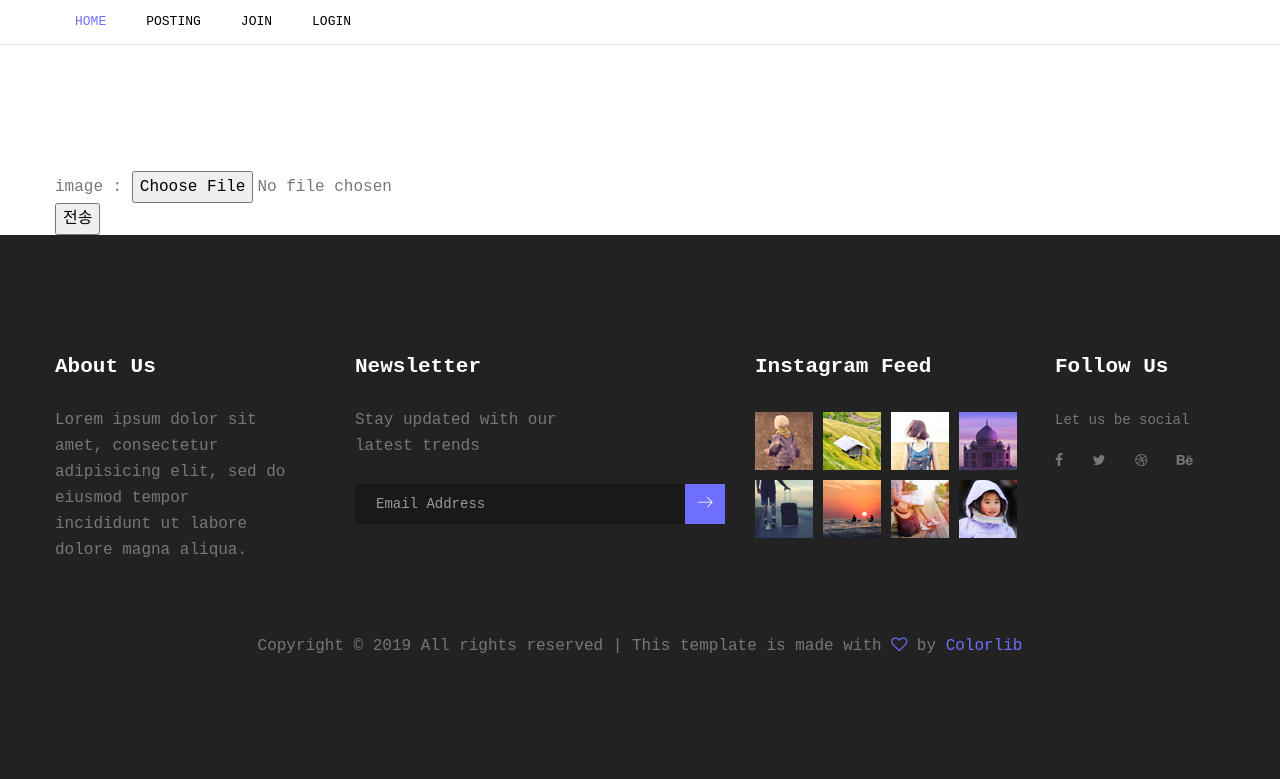
Repository: cwj2306/blog_project_2
Page: http://localhost/blog/user/userProfileForm.jsp
An editor plug-in stored every save of this project. The page is shown before and after the next save, followed by the edit.
The browser window is 1280 px wide. The pictures show the whole page.
Some web fonts or font styles are not loaded; a fallback is used. The page is served by Tomcat 9. Other server files are loaded and not shown.

Above is the page before, as saved 2019-11-12 03:24:18.

### blog/WebContent/user/userProfileForm.jsp
<%@ page language="java" contentType="text/html; charset=UTF-8" pageEncoding="UTF-8"%>
<%@ include file="/include/nav.jsp"%>

<section class="contact_area">
	<div class="container">
		<div class="row">
			<div class="col-lg-12">
				<!--
				<form class="row contact_form" action="/blog/user?cmd=update" method="post" onsubmit="return validateCheck()">
					<input type="hidden" name="id" value="${sessionScope.user.id}">

					<div class="col-md-12">
						<div class="form-group">
							<input type="text" class="form-control" value="${sessionScope.user.username}" name="username" placeholder="아이디" readonly="readonly">
						</div>
					</div>

					<div class="col-md-12">
						<div class="form-group">
							<input type="password" class="form-control" id="password" name="password" placeholder="비밀번호" required="required" maxlength="20">
						</div>
					</div>

					<div class="col-md-12">
						<div class="form-group">
							<input type="password" class="form-control" id="passwordCheck" name="passwordCheck" placeholder="비밀번호 확인" required="required" maxlength="20">
						</div>
					</div>

					<div class="col-md-12">
						<div class="form-group">
							<input type="email" class="form-control" value="${sessionScope.user.email}" name="email" placeholder="이메일" maxlength="40" readonly="readonly">
						</div>
					</div>

					<div class="col-md-12">
						<div class="form-group float-right">
							<a style="cursor:pointer;" class="blog_btn" href="#" onclick="goPopup()">주소 찾기</a>
						</div>
					</div>

					<div class="col-md-12">
						<div class="form-group">
							<input type="text" class="form-control" value="${sessionScope.user.address}"name="address" id="roadFullAddr" placeholder="도로명 주소" required="required" readonly="readonly">
						</div>
					</div>

					<div class="col-md-12 text-right">
						<button type="submit" value="submit" class="btn submit_btn">Save</button>
					</div>
					-->

				<div>
					<img id="img__wrap" />
				</div>

				<!-- enctype는 mime타입에서 찾아봐서 써주자 -->
				<form action="/blog/user?cmd=uploadProfileImg" method="POST" enctype="multipart/form-data">
					image : <input id="img__input" type="file" name="userProfile" /><br />
					<input type="submit" value="전송" />
				</form>

				<script src="/blog/js/jquery-3.2.1.min.js"></script>
				<script>
					$("#img__input").on("change", handleImgFile);

					function handleImgFile(e) {

						var f = e.target.files[0];

						if (f.type.match("image.*")) {
							var reader = new FileReader();

							reader.onload = function(e) {
								console.log(e.target.result);
								$("#img__wrap").attr("src", e.target.result);
							}

							reader.readAsDataURL(f);
						} else {
							alert("이미지 파일이 아닙니다.");
							$("#img__wrap").attr("src", "");
						}

					}
				</script>

				</form>

			</div>
		</div>
	</div>
</section>

<%@ include file="/include/footer.jsp"%>

### blog/WebContent/include/nav.jsp
<%@ page language="java" contentType="text/html; charset=UTF-8" pageEncoding="UTF-8"%>
<%@ taglib prefix="c" uri="http://java.sun.com/jsp/jstl/core" %>

<!doctype html>
<html lang="en">
    <head>
        <!-- Required meta tags -->
        <meta charset="utf-8">
        <meta name="viewport" content="width=device-width, initial-scale=1, shrink-to-fit=no">
        <link rel="icon" href="/blog/img/favicon.png" type="image/png">
        <title>Opium Blog</title>
        <!-- Bootstrap CSS -->
        <link rel="stylesheet" href="/blog/css/bootstrap.css">
        <link rel="stylesheet" href="/blog/vendors/linericon/style.css">
        <link rel="stylesheet" href="/blog/css/font-awesome.min.css">
        <link rel="stylesheet" href="/blog/vendors/owl-carousel/owl.carousel.min.css">
        <link rel="stylesheet" href="/blog/vendors/lightbox/simpleLightbox.css">
        <link rel="stylesheet" href="/blog/vendors/nice-select/css/nice-select.css">
        <link rel="stylesheet" href="/blog/vendors/animate-css/animate.css">
        <link rel="stylesheet" href="/blog/vendors/jquery-ui/jquery-ui.css">
        <!-- main css -->
        <link rel="stylesheet" href="/blog/css/style.css">
        <link rel="stylesheet" href="/blog/css/responsive.css">
    </head>
    <body>

        <!--================Header Menu Area =================-->
        <header class="header_area">
			<div class="main_menu">
				<nav class="navbar navbar-expand-lg navbar-light">
					<div class="container box_1620">
						<!-- Brand and toggle get grouped for better mobile display -->
						<a class="navbar-brand logo_h" href="#"><img src="/blog/img/logo.png" alt=""></a>
						<button class="navbar-toggler" type="button" data-toggle="collapse" data-target="#navbarSupportedContent" aria-controls="navbarSupportedContent" aria-expanded="false" aria-label="Toggle navigation">
							<span class="icon-bar"></span>
							<span class="icon-bar"></span>
							<span class="icon-bar"></span>
						</button>

						<!-- Collect the nav links, forms, and other content for toggling -->
						<div class="collapse navbar-collapse offset" id="navbarSupportedContent">
							<ul class="nav navbar-nav menu_nav">
								<li class="nav-item active"><a class="nav-link" href="/blog/index.jsp">Home</a></li>
								<li class="nav-item"><a class="nav-link" href="/blog/board/write.jsp">Posting</a></li>

								<c:choose>
									<c:when test="${empty sessionScope.user}">
										<li class="nav-item"><a class="nav-link" href="/blog/user/join.jsp">Join</a></li>
										<li class="nav-item"><a class="nav-link" href="/blog/user/login.jsp">Login</a></li>
									</c:when>
									<c:otherwise>
										<li class="nav-item"><a class="nav-link" href="/blog/user/update.jsp">Profile</a></li>
										<li class="nav-item"><a class="nav-link" href="/blog/user?cmd=logout">Logout</a></li>
									</c:otherwise>
								</c:choose>

							</ul>
							<ul class="nav navbar-nav navbar-right header_social ml-auto">
								<!--
								<li class="nav-item"><a href="#"><i class="fa fa-facebook"></i></a></li>
								<li class="nav-item"><a href="#"><i class="fa fa-twitter"></i></a></li>
								<li class="nav-item"><a href="#"><i class="fa fa-dribbble"></i></a></li>
								<li class="nav-item"><a href="#"><i class="fa fa-behance"></i></a></li>
								 -->
								 <c:if test="${not empty sessionScope.user}">
								 	<a href="/blog/user/userProfileForm.jsp"><img src = "${sessionScope.user.userProfile}" width="40px" height="40px" style="border-radius: 50%;"/></a>
								 </c:if>

							</ul>
						</div>
					</div>
				</nav>
			</div>
        </header>
        <!--================Header Menu Area =================-->

### blog/WebContent/include/footer.jsp
<%@ page language="java" contentType="text/html; charset=UTF-8" pageEncoding="UTF-8"%>
<!--================ start footer Area  =================-->
<footer class="footer-area p_120">
	<div class="container">
		<div class="row">
			<div class="col-lg-3  col-md-6 col-sm-6">
				<div class="single-footer-widget">
					<h6 class="footer_title">About Us</h6>
					<p>Lorem ipsum dolor sit amet, consectetur adipisicing elit, sed do eiusmod tempor incididunt ut labore dolore magna aliqua.</p>
				</div>
			</div>
			<div class="col-lg-4 col-md-6 col-sm-6">
				<div class="single-footer-widget">
					<h6 class="footer_title">Newsletter</h6>
					<p>Stay updated with our latest trends</p>
					<div id="mc_embed_signup">
						<form target="_blank" action="https://spondonit.us12.list-manage.com/subscribe/post?u=1462626880ade1ac87bd9c93a&amp;id=92a4423d01" method="get" class="subscribe_form relative">
							<div class="input-group d-flex flex-row">
								<input name="EMAIL" placeholder="Email Address" onfocus="this.placeholder = ''" onblur="this.placeholder = 'Email Address '" required="" type="email">
								<button class="btn sub-btn">
									<span class="lnr lnr-arrow-right"></span>
								</button>
							</div>
							<div class="mt-10 info"></div>
						</form>
					</div>
				</div>
			</div>
			<div class="col-lg-3 col-md-6 col-sm-6">
				<div class="single-footer-widget instafeed">
					<h6 class="footer_title">Instagram Feed</h6>
					<ul class="list instafeed d-flex flex-wrap">
						<li><img src="/blog/img/instagram/Image-01.jpg" alt=""></li>
						<li><img src="/blog/img/instagram/Image-02.jpg" alt=""></li>
						<li><img src="/blog/img/instagram/Image-03.jpg" alt=""></li>
						<li><img src="/blog/img/instagram/Image-04.jpg" alt=""></li>
						<li><img src="/blog/img/instagram/Image-05.jpg" alt=""></li>
						<li><img src="/blog/img/instagram/Image-06.jpg" alt=""></li>
						<li><img src="/blog/img/instagram/Image-07.jpg" alt=""></li>
						<li><img src="/blog/img/instagram/Image-08.jpg" alt=""></li>
					</ul>
				</div>
			</div>
			<div class="col-lg-2 col-md-6 col-sm-6">
				<div class="single-footer-widget f_social_wd">
					<h6 class="footer_title">Follow Us</h6>
					<p>Let us be social</p>
					<div class="f_social">
						<a href="#"><i class="fa fa-facebook"></i></a>
						<a href="#"><i class="fa fa-twitter"></i></a>
						<a href="#"><i class="fa fa-dribbble"></i></a>
						<a href="#"><i class="fa fa-behance"></i></a>
					</div>
				</div>
			</div>
		</div>
		<div class="row footer-bottom d-flex justify-content-between align-items-center">
			<p class="col-lg-12 footer-text text-center">
				<!-- Link back to Colorlib can't be removed. Template is licensed under CC BY 3.0. -->
				Copyright &copy;
				<script>document.write(new Date().getFullYear());</script>
				All rights reserved | This template is made with <i class="fa fa-heart-o" aria-hidden="true"></i> by <a href="https://colorlib.com" target="_blank">Colorlib</a>
				<!-- Link back to Colorlib can't be removed. Template is licensed under CC BY 3.0. -->
			</p>
		</div>
	</div>
</footer>
<!--================ End footer Area  =================-->




<!-- Optional JavaScript -->
<!-- jQuery first, then Popper.js, then Bootstrap JS -->
<script src="/blog/js/jquery-3.2.1.min.js"></script>
<script src="/blog/js/popper.js"></script>
<script src="/blog/js/bootstrap.min.js"></script>
<script src="/blog/js/stellar.js"></script>
<script src="/blog/vendors/lightbox/simpleLightbox.min.js"></script>
<script src="/blog/vendors/nice-select/js/jquery.nice-select.min.js"></script>
<script src="/blog/vendors/isotope/imagesloaded.pkgd.min.js"></script>
<script src="/blog/vendors/isotope/isotope-min.js"></script>
<script src="/blog/vendors/owl-carousel/owl.carousel.min.js"></script>
<script src="/blog/vendors/jquery-ui/jquery-ui.js"></script>
<script src="/blog/js/jquery.ajaxchimp.min.js"></script>
<script src="/blog/js/mail-script.js"></script>
<script src="/blog/js/theme.js"></script>

</body>
</html>

### blog/WebContent/css/responsive.css
@media (max-width:1619px){
	/* Main Menu Area css
	============================================================================================ */
   .header_area .navbar .search {
		margin-left: 40px;
	}
	/* End Main Menu Area css
	============================================================================================ */
	.home_banner_area .blog_text_slider .owl-prev, .home_banner_area .blog_text_slider .owl-next {
		right: 0px;
		font-size: 30px;
	}
}
@media (max-width:1199px){
	/* Main Menu Area css
	============================================================================================ */
	.header_area + section, .header_area + div {
		margin-top: 143px;
	}
	.top_menu .container{
		display: block;
	}
	/* End Main Menu Area css
	============================================================================================ */
	/* Home Banner Area css
	============================================================================================ */
	.home_banner_area {
		min-height: 700px;
	}
	/* End Home Banner Area css
	============================================================================================ */
	.home_banner_area {
		background-size: cover;
	}
	.blog_text {
		padding: 65px 65px 65px 65px;
	}
	.banner_area {
		background-size: cover;
	}
	.blog_style1 .blog_text {
		padding-left: 15px;
		padding-right: 15px;
		padding-top: 0px;
		padding-bottom: 0px;
	}
}

@media (max-width:991px){
	/* Main Menu Area css
	============================================================================================ */
	.logo_part {
		display: none;
	}
    .navbar-toggler {
        border: none;
        border-radius: 0px;
        padding: 0px;
        cursor: pointer;
        margin-top: 27px;
        margin-bottom: 23px;
		float: right;
    }
	.header_area .navbar {
		background: #fff;
	}
    .navbar-toggler[aria-expanded="false"] span:nth-child(2) {
		opacity: 1;
	}
	.navbar-toggler[aria-expanded="true"] span:nth-child(2) {
		opacity: 0;
	}
	.navbar-toggler[aria-expanded="true"] span:first-child {
		transform: rotate(-45deg);
		position: relative;
		top: 7.5px;
	}
	.navbar-toggler[aria-expanded="true"] span:last-child {
		transform: rotate(45deg);
		bottom: 6px;
		position: relative;
	}
	.navbar-toggler span{
		display: block;
		width: 25px;
		height: 3px;
		background: #000;
		margin: auto;
		margin-bottom: 4px;
		transition: all 400ms linear;
		cursor: pointer;
	}
    .navbar .container{
        padding-left: 15px;
        padding-right: 15px;
    }
    .nav{
        padding: 0px 0px;
    }
	.header_area + section, .header_area + row, .header_area + div {
		margin-top: 117px;
	}
    .header_top .nav{
        padding: 0px;
    }
    .header_area .navbar .nav .nav-item .nav-link{
        line-height: 40px;
        margin-right: 0px;
        display: block;
		border-bottom: 1px solid #ededed33;
		border-radius: 0px;
    }
    .header_area .navbar .search{
        margin-left: 0px;
    }
	.header_area .navbar-collapse{
		max-height: 340px;
		overflow-y: scroll;
	}
	.header_area .navbar .nav .nav-item.submenu ul .nav-item .nav-link {
		padding: 0px 15px;
	}
	.header_area .navbar .nav .nav-item {
		margin-right: 0px;
	}
	.header_area + section, .header_area + row, .header_area + div {
		margin-top: 71px;
	}
	.main_menu .navbar .container_inner {
		display: block;
	}
	.main_menu .navbar .navbar-brand {
		display: inline-block;
		padding-top: 11px;
		width: 173px;
	}
	.main_menu .navbar .navbar-brand img {
		width: 100%;
	}
	/* End Main Menu Area css
	============================================================================================ */

	/* Contact Page Area css
	============================================================================================ */
	.contact_info{
		margin-bottom: 50px;
	}
	/* End Contact page Area css
	============================================================================================ */
	.home_banner_area .donation_inner{
		margin-bottom: -30px;
	}
	.single-footer-widget{
		margin-bottom: 30px;
	}
	.footer-area .row{
		margin-bottom: -30px;
	}
	/* Footer Area css
	============================================================================================ */
	/* End End Footer Area css
	============================================================================================ */
	.home_banner_area {
		background-size: cover;
		margin-bottom: 0px;
	}
	/* Extra header Area css
	============================================================================================ */
	/* End Extra header Area css
	============================================================================================ */

	.nav.navbar-nav.navbar-right.header_social{
		display: none;
	}

}
@media (max-width:767px){
	.home_banner_area {
		min-height: 500px;
	}
	.home_banner_area .banner_inner {
		min-height: 500px;
	}
	.home_banner_area .banner_inner .banner_content {
		margin-top: 0px;
	}
	/* Blog Page Area css
	============================================================================================ */
    .blog_banner .banner_inner .blog_b_text h2 {
		font-size: 40px;
		line-height: 50px;
	}
	.blog_info.text-right{
		text-align: left !important;
		margin-bottom: 10px;
	}
	/* End Blog Page Area css
	============================================================================================ */
	.home_banner_area .banner_inner .banner_content h3 {
		font-size: 30px;
	}
	.home_banner_area .banner_inner .banner_content p br {
		display: none;
	}
	/* Footer Area css
	============================================================================================ */
	.footer-bottom .footer-text{
		text-align: center;
	}
	.footer-bottom .footer-social {
		text-align: center;
		margin-bottom: 20px;
	}
	/* End End Footer Area css
	============================================================================================ */
	.blog_style1.small .blog_img img{
		width: 100%;
	}
}
@media (max-width:575px){

	.header_area + section, .header_area + row, .header_area + div {
		margin-top: 71px;
	}
	.top_menu {
		display: none;
	}

    /* Home Banner Area css
	============================================================================================ */
	.home_banner_area .banner_inner .banner_content h2 {
		font-size: 28px;
	}
	.home_banner_area {
		min-height: 500px;
	}
	.home_banner_area .banner_inner {
		min-height: 500px;
	}
	.blog_banner .banner_inner .blog_b_text {
		margin-top: 0px;
	}
	.home_banner_area .banner_inner .banner_content img{
		display: none;
	}
	.home_banner_area .banner_inner .banner_content h5 {
		margin-top: 0px;
	}
	.home_banner_area .banner_inner .banner_content .date a {
		margin-right: 8px;
	}
	/* End Home Banner Area css
	============================================================================================ */
	.p_120 {
		padding-top: 70px;
		padding-bottom: 70px;
	}
	.main_title h2 {
		font-size: 25px;
	}
	/* Elements Area css
	============================================================================================ */
	.sample-text-area {
		padding: 70px 0 70px 0;
	}
	/* End Elements Area css
	============================================================================================ */

	/* Blog Page Area css
	============================================================================================ */
	.blog_details h2 {
		font-size: 20px;
		line-height: 30px;
	}
	.blog_banner .banner_inner .blog_b_text h2 {
		font-size: 28px;
		line-height: 38px;
	}
	.banner_area .banner_inner .banner_content {
		margin-top: 0px;
	}
	/* End Blog Page Area css
	============================================================================================ */
	/* Footer Area css
	============================================================================================ */
	/* End End Footer Area css
	============================================================================================ */
	.pad_top {
		padding-top: 70px;
	}
	.mt-100 {
		margin-top: 50px;
	}
	.single-footer-widget p {
		max-width: 100%;
	}
	.p_100 {
		padding-top: 70px;
		padding-bottom: 70px;
	}
	.blog_style1 .blog_text .blog_text_inner {
		margin-top: 0px;
	}
	.blog_style1 .blog_text {
		padding-left: 0px;
		padding-right: 0px;
		padding-top: 0px;
		padding-bottom: 0px;
	}
	.blog_text .cat a {
		margin-right: 5px;
	}
	.blog_text .cat .cat_btn {
		display: block;
		width: 86px;
		margin-bottom: 10px;
	}
}

@media (max-width:480px){
	/* Main Menu Area css
	============================================================================================ */
	.header_area .navbar-collapse{
		max-height: 250px;
	}
	/* End Main Menu Area css
	============================================================================================ */

	/* Home Banner Area css
	============================================================================================ */
    .home_banner_area .banner_inner .banner_content {
		padding: 30px 15px;
		margin-top: 0px;
	}
	.banner_content .white_btn {
		display: block;
	}
	.home_banner_area .banner_inner .banner_content h3 {
		font-size: 24px;
	}
	.home_banner_area .carousel .carousel-indicators {
		bottom: -50px;
		z-index: 20;
	}
	/* End Home Banner Area css
	============================================================================================ */
	.banner_area .banner_inner .banner_content h2 {
		font-size: 32px;
	}
	/* Blog Page Area css
	============================================================================================ */
	.comments-area .thumb {
		margin-right: 10px;
	}

	/* End Blog Page Area css
	============================================================================================ */
	.home_banner_area .blog_text_slider .owl-prev {
		top: auto;
		bottom: 110px;
		transform: translateY(-0%);
		left: 10px;
	}
	.home_banner_area .blog_text_slider .owl-next {
		top: auto;
		bottom: 110px;
		right: 10px;
		transform: translateY(-0%);
	}
	.blog_text {
		padding: 60px 20px;
	}
}

Loaded but not shown: blog/WebContent/css/bootstrap.css (library); blog/WebContent/vendors/linericon/style.css (library); blog/WebContent/css/font-awesome.min.css (library); blog/WebContent/vendors/owl-carousel/owl.carousel.min.css (common file); blog/WebContent/vendors/lightbox/simpleLightbox.css (library); blog/WebContent/vendors/nice-select/css/nice-select.css (library); blog/WebContent/vendors/animate-css/animate.css (library); blog/WebContent/vendors/jquery-ui/jquery-ui.css (library); blog/WebContent/js/jquery-3.2.1.min.js (library); blog/WebContent/js/popper.js (library); blog/WebContent/js/bootstrap.min.js (library); blog/WebContent/js/stellar.js (library); blog/WebContent/vendors/lightbox/simpleLightbox.min.js (library); blog/WebContent/vendors/nice-select/js/jquery.nice-select.min.js (common file); blog/WebContent/vendors/isotope/imagesloaded.pkgd.min.js (library); blog/WebContent/vendors/isotope/isotope-min.js (library); blog/WebContent/vendors/owl-carousel/owl.carousel.min.js (library); blog/WebContent/vendors/jquery-ui/jquery-ui.js (library); blog/WebContent/js/jquery.ajaxchimp.min.js (library); blog/WebContent/js/theme.js (283 lines, source omitted); blog/WebContent/js/mail-script.js (31 lines, source omitted); blog/WebContent/css/style.css (3904 lines, source omitted)

After the next save:
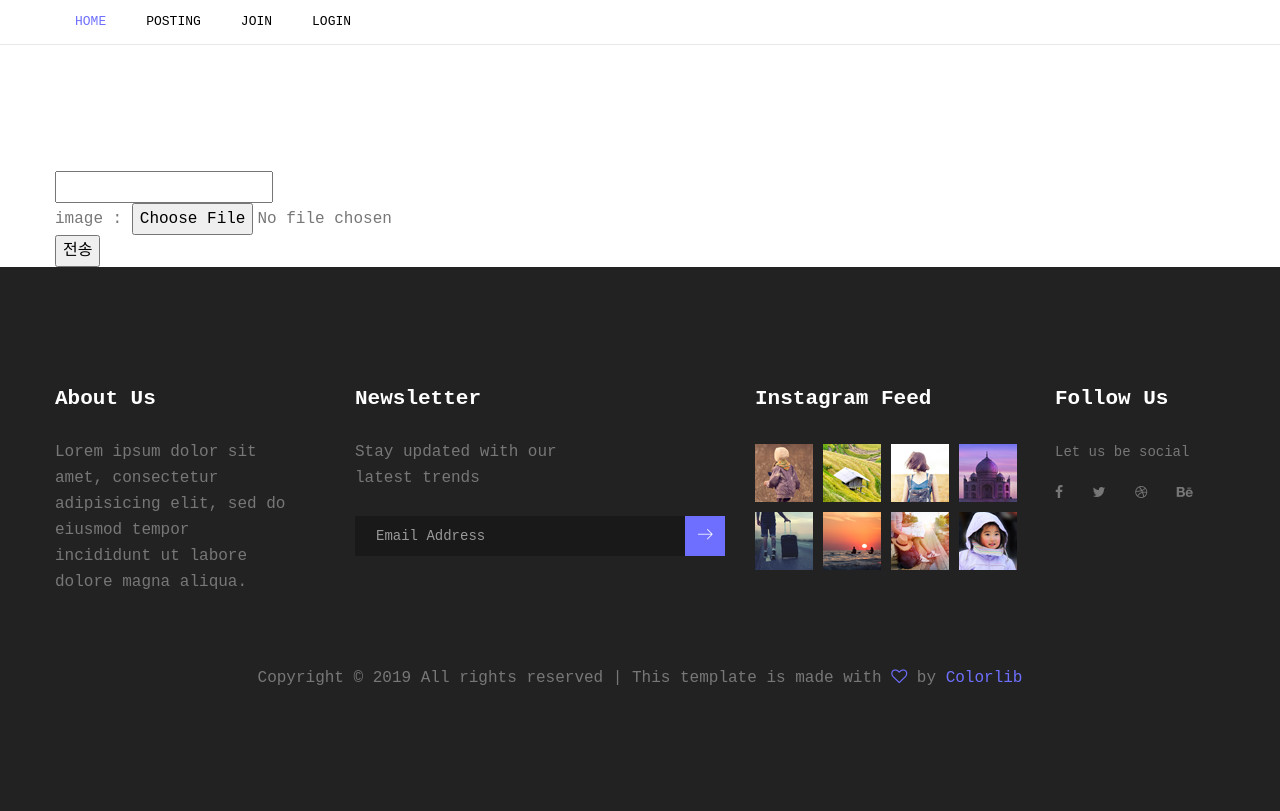
Saved 66 s later.
--- a/blog/WebContent/user/userProfileForm.jsp
+++ b/blog/WebContent/user/userProfileForm.jsp
@@ -56,6 +56,7 @@
 
 				<!-- enctype는 mime타입에서 찾아봐서 써주자 -->
 				<form action="/blog/user?cmd=uploadProfileImg" method="POST" enctype="multipart/form-data">
+					<input type="text" name="username" /><br />
 					image : <input id="img__input" type="file" name="userProfile" /><br />
 					<input type="submit" value="전송" />
 				</form>
